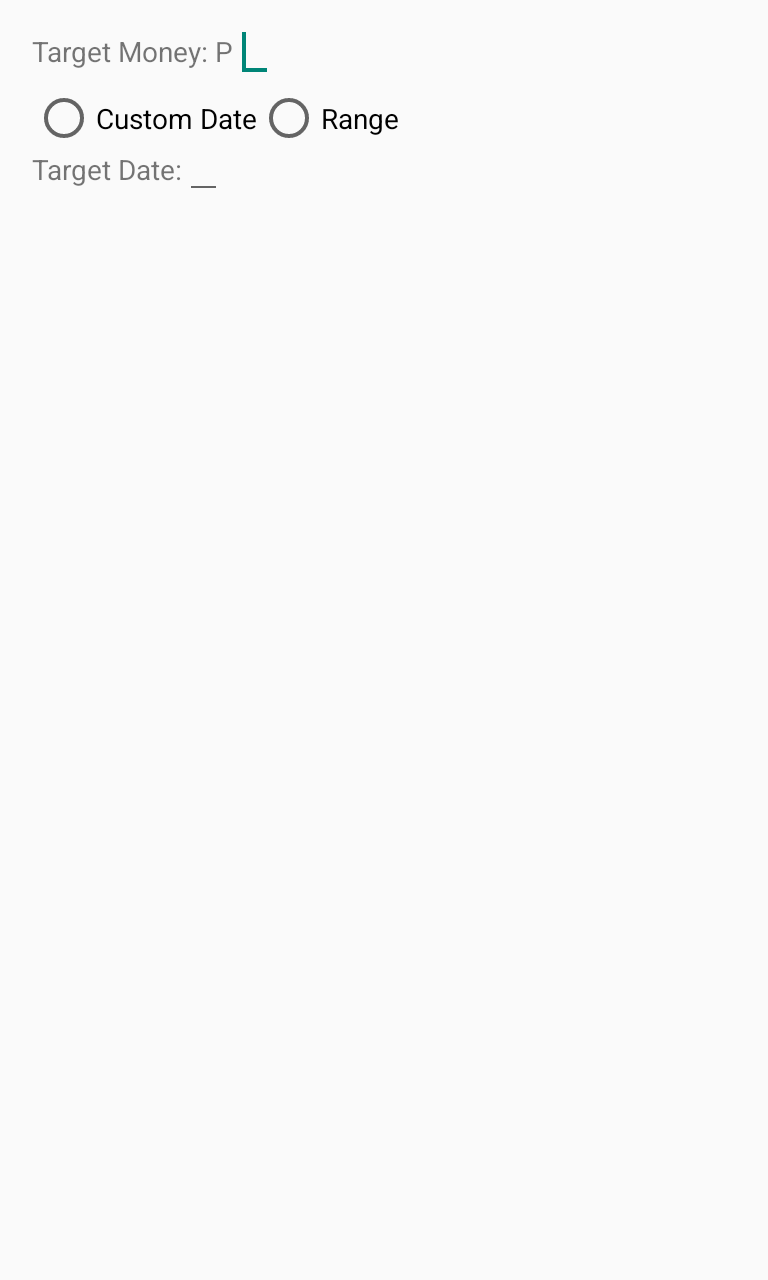
Repository: japheth-starita/SavingsApp
Layout: SavingsApp/res/layout/activity_preferences.xml
These files come from the project's save history. The layout is drawn as it stood at one moment and after the next save; the edit follows.
It is drawn on a 768 x 1280 px phone screen (xhdpi) without system bars, with theme AppTheme; the app's code is not run.

Above is the layout before, as saved 2016-01-30 08:42:35.

After the next save:
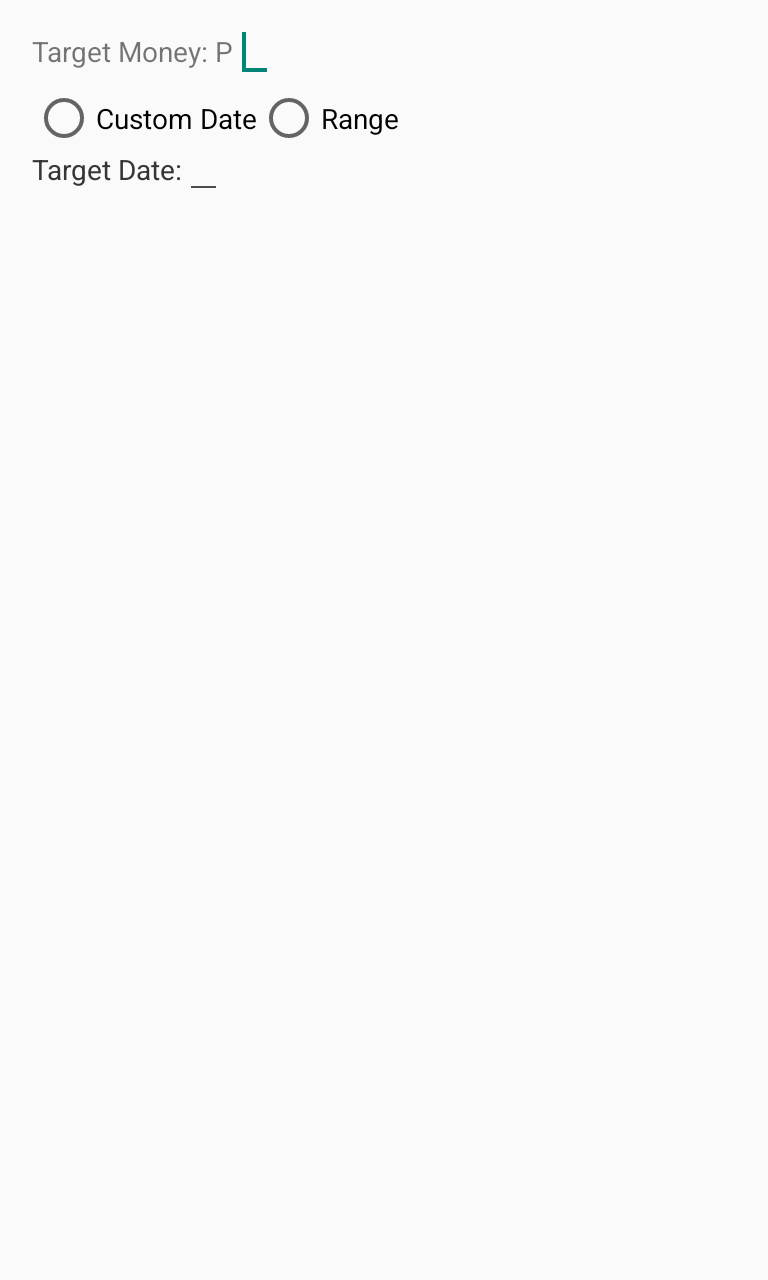
Saved 31 s later.
--- a/SavingsApp/res/layout/activity_preferences.xml
+++ b/SavingsApp/res/layout/activity_preferences.xml
@@ -58,6 +58,24 @@
         android:layout_alignBaseline="@+id/lblTargetDate"
         android:layout_toRightOf="@+id/lblTargetDate"
         android:layout_centerHorizontal="true"
+        android:inputType="date"
+        android:enabled="false">
+    </EditText>
+
+    <TextView
+        android:id="@+id/lblTargetDate"
+        android:layout_width="wrap_content"
+        android:layout_height="wrap_content"
+        android:layout_below="@+id/rbgrpSetting"
+        android:text="Target Date:" />
+
+    <EditText
+        android:id="@+id/txtTargetDate"
+        android:layout_width="wrap_content"
+        android:layout_height="wrap_content"
+        android:layout_alignBaseline="@+id/lblTargetDate"
+        android:layout_toRightOf="@+id/lblTargetDate"
+        android:layout_centerHorizontal="true"
         android:inputType="date">
     </EditText>
 
